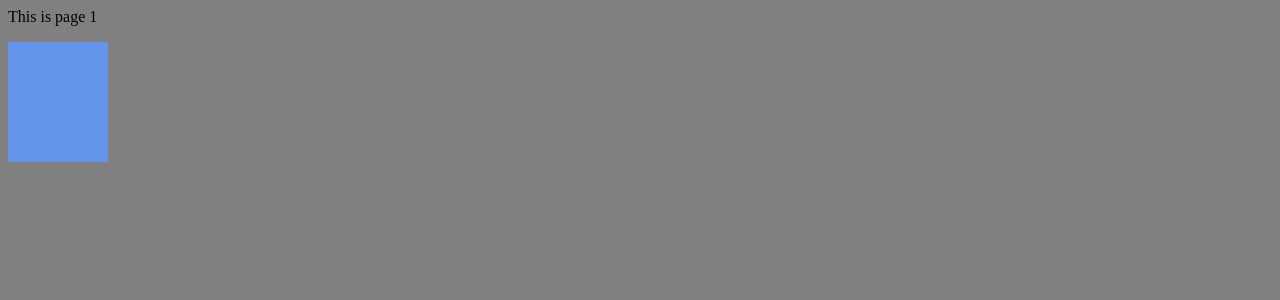
Repository: hanj291/hanj291.github.io
Page: page1.html
The author's editor kept a record of every edit. The page is drawn from the files as they stood at one moment, then again after the next edit.
The browser window is 1280 px wide. The pictures show the whole page.

Above is the page before.

### page1.html
<html>
	<head>
		<title>This is page1</title>
		<link href="page1css.css" rel="stylesheet">
	</head>
	<body>
	<p>This is page 1</p>
	<div class="one"></div>
	<div class="two"></div>












	</body>
</html>

### page1css.css
body {
    background-color: gray;
}
.one {
    width: 100px;
    height: 60px;
    background-color: #6495ED;
    position: relative;
}
a:hover {
    color: #008B8B;
}
.two {
    width: 100px;
    height: 60px;
    background-color: #6495ED;
    position: relative;
}
a:hover {
    color: #008B8B;
}

After the next edit:
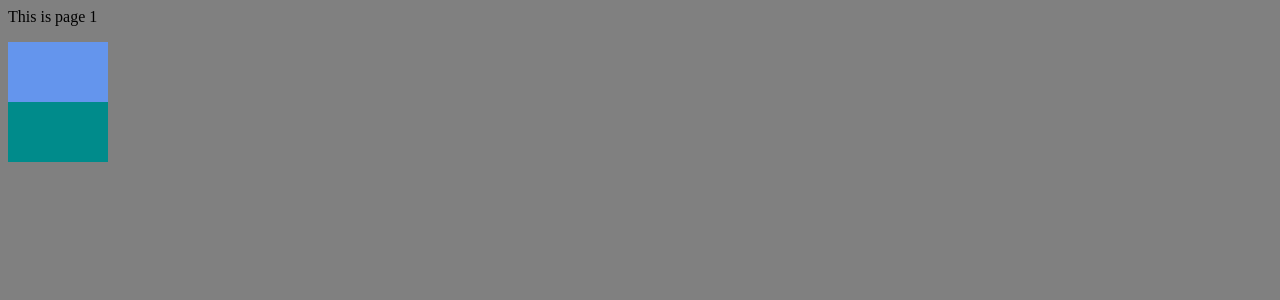
The edit:
--- a/page1css.css
+++ b/page1css.css
@@ -13,7 +13,7 @@
 .two {
     width: 100px;
     height: 60px;
-    background-color: #6495ED;
+    background-color: #008B8B;
     position: relative;
 }
 a:hover {
